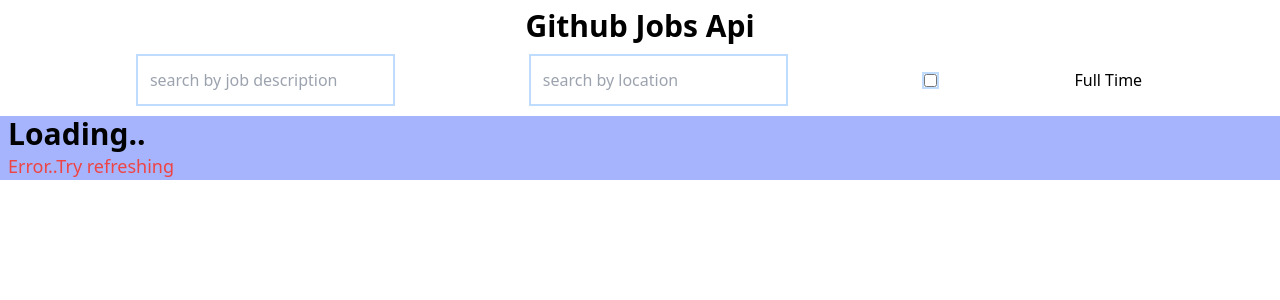
Repository: ShamroOoz/Github-job-api-React-Tailwind
Page: /
An editor plug-in stored every save of this project. The page is shown before and after the next save, followed by the edit.
The browser window is 1280 px wide. The pictures show the whole page.
The page's requests for data from a server got no answer. The project was rebuilt for these pictures with package versions that can differ from the ones it lists, and the page was loaded fresh each time. No one was signed in, and anything a server would have sent is missing. Also part of the build but not shown: craco.config.js.

Above is the page before, as saved 2021-03-21 15:22:32.

### src/App.js
import { useState } from "react";
import { useFetch } from "./components/Hooks/useFetch";
import SearchForm from "./components/SearchForm";

function App() {
  const [params, setparam] = useState({});
  const [page, setpage] = useState(1);
  const { jobs, loading, error } = useFetch(params, page);

  const handleparamchange = (e) => {
    setpage(1);
    let param = e.target.name;
    let value = e.target.value;
    setparam((prevparams) => {
      return { ...prevparams, [param]: value };
    });
  };

  return (
    <>
      <div className="coantainer text-center font-bold pt-2 text-3xl ">
        <h3>Github Jobs Api</h3>
      </div>
      <div>
        <SearchForm handleparamchange={handleparamchange} params={params} />
      </div>
      <div className="px-2 bg-indigo-300">
        {loading && <div className="text-3xl font-bold">Loading..</div>}
        {error && (
          <div className="text-lg text-red-500">Error..Try refreshing</div>
        )}
        <div>
          {jobs &&
            jobs.map((job) => (
              <li className="leading-7 text-xl" key={job.id}>
                {job.title}
              </li>
            ))}
        </div>
      </div>
    </>
  );
}

export default App;

### src/components/Hooks/useFetch.js
import { useReducer, useEffect } from "react";
import axios from "axios";
import { reducer, ACTIONS } from "../Reducer/Reduce";

//
const { MAKE_REQUEST, GET_DATA, ERROR } = ACTIONS;
const BASE_URL =
  "https://secret-ocean-49799.herokuapp.com/https://jobs.github.com/positions.json";

const initialState = {
  jobs: [],
  loading: false,
  error: false,
};

export const useFetch = (params, page) => {
  const [state, dispatch] = useReducer(reducer, initialState);

  //useeffect hook to get data

  useEffect(() => {
    const cancelToken = axios.CancelToken.source();
    dispatch({ type: MAKE_REQUEST, payload: "" });
    axios
      .get(BASE_URL, {
        cancelToken: cancelToken.token,
        params: {
          markdown: true,
          page: page,
          ...params,
        },
      })
      .then((res) => {
        dispatch({ type: GET_DATA, payload: res.data });
        console.log(res.data);
      })
      .catch((err) => {
        if (axios.isCancel(err)) return;
        dispatch({ type: ERROR, payload: err });
      });
    //clean up
    return () => {
      cancelToken.cancel();
    };
  }, [page, params]);

  return state;
};

### src/components/SearchForm.js
import React from "react";

const SearchForm = ({ handleparamchange, params }) => {
  return (
    <form className="py-3 flex justify-evenly items-center">
      <input
        className="p-3 ring-2 ring-blue-200"
        type="text"
        placeholder={`search by job description `}
        name="description"
        value={params.description || ""}
        onChange={handleparamchange}
      />
      <input
        className="p-3 ring-2 ring-blue-200"
        type="text"
        placeholder={`search by location`}
        name="location"
        value={params.location || ""}
        onChange={handleparamchange}
      />
      <input
        type="checkbox"
        className="p-7 ring-2 ring-blue-200"
        value={params.full_time || ""}
        onChange={handleparamchange}
      />
      Full Time
    </form>
  );
};

export default SearchForm;

### src/components/Reducer/Reduce.js
export const ACTIONS = {
  MAKE_REQUEST: "MAKE_REQUEST",
  GET_DATA: "GET_DATA",
  ERROR: "ERROR",
};

export const reducer = (state, action) => {
  switch (action.type) {
    case ACTIONS.MAKE_REQUEST:
      return { ...state, loading: true };
    case ACTIONS.GET_DATA:
      return {
        ...state,
        loading: false,
        jobs: action.payload,
      };
    case ACTIONS.ERROR:
      return { ...state, error: true };
    default:
      return state;
  }
};

### src/components/NavBar.js
import React from "react";

const NavBar = () => {
  return (
    <div className="flex flex-wrap py-2">
      <div className="w-full px-4">
        <nav className="relative flex flex-wrap items-center justify-between px-2 py-3 navbar-expand-lg bg-blue-500 rounded">
          <div className="container px-4 mx-auto flex flex-wrap items-center justify-between">
            <div className="w-full relative flex justify-between lg:w-auto px-4 lg:static lg:block lg:justify-start">
              <a
                className="text-sm font-bold leading-relaxed inline-block mr-4 py-2 whitespace-no-wrap uppercase text-white"
                href="#pablo"
              >
                blue Menu
              </a>
              <button
                className="cursor-pointer text-xl leading-none px-3 py-1 border border-solid border-transparent rounded bg-transparent block lg:hidden outline-none focus:outline-none"
                type="button"
              >
                <span className="block relative w-6 h-px rounded-sm bg-white"></span>
                <span className="block relative w-6 h-px rounded-sm bg-white mt-1"></span>
                <span className="block relative w-6 h-px rounded-sm bg-white mt-1"></span>
              </button>
            </div>
            <div
              className="flex lg:flex-grow items-center"
              id="example-navbar-info"
            >
              <ul className="flex flex-col lg:flex-row list-none ml-auto">
                <li className="nav-item">
                  <a
                    className="px-3 py-2 flex items-center text-xs uppercase font-bold leading-snug text-white hover:opacity-75"
                    href="#pablo"
                  >
                    Discover
                  </a>
                </li>
                <li className="nav-item">
                  <a
                    className="px-3 py-2 flex items-center text-xs uppercase font-bold leading-snug text-white hover:opacity-75"
                    href="#pablo"
                  >
                    Profile
                  </a>
                </li>
                <li className="nav-item">
                  <a
                    className="px-3 py-2 flex items-center text-xs uppercase font-bold leading-snug text-white hover:opacity-75"
                    href="#pablo"
                  >
                    Settings
                  </a>
                </li>
              </ul>
            </div>
          </div>
        </nav>
      </div>
    </div>
  );
};

export default NavBar;

Loaded but not shown: public/index.html (common file); src/index.js (common file); src/index.css (common file); tailwind.config.js (common file)

After the next save:
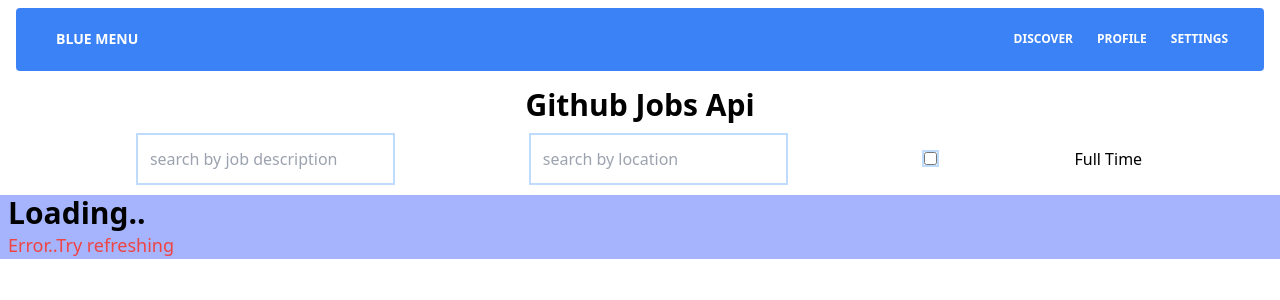
Saved 18 s later.
--- a/src/App.js
+++ b/src/App.js
@@ -1,5 +1,6 @@
 import { useState } from "react";
 import { useFetch } from "./components/Hooks/useFetch";
+import NavBar from "./components/NavBar";
 import SearchForm from "./components/SearchForm";
 
 function App() {
@@ -18,6 +19,7 @@
 
   return (
     <>
+      <NavBar />
       <div className="coantainer text-center font-bold pt-2 text-3xl ">
         <h3>Github Jobs Api</h3>
       </div>
